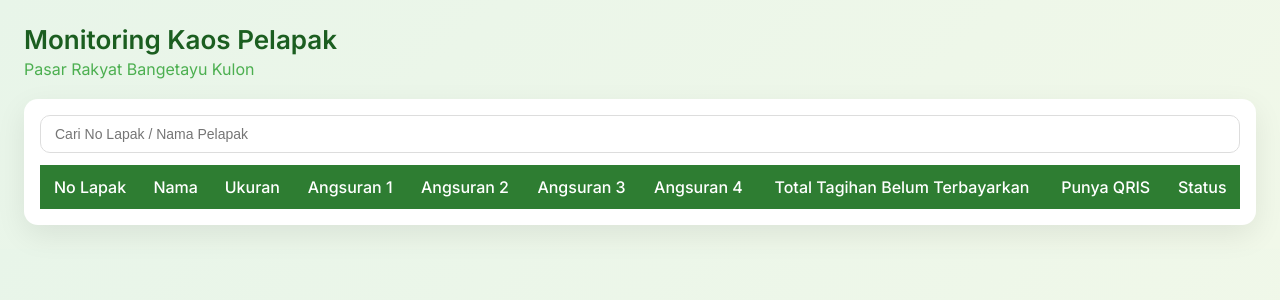
Repository: pasarrakyatbak/monitoringpembayarankaos
Page: index.html
The author's editor kept a copy of each file at every save. The page is drawn from the files as they stood at one save, then again after the next save.
The browser window is 1280 px wide. The pictures show the whole page.
The page's requests for data from a server got no answer.

Above is the page before, as saved 2026-01-04 13:40:05.

After the next save:
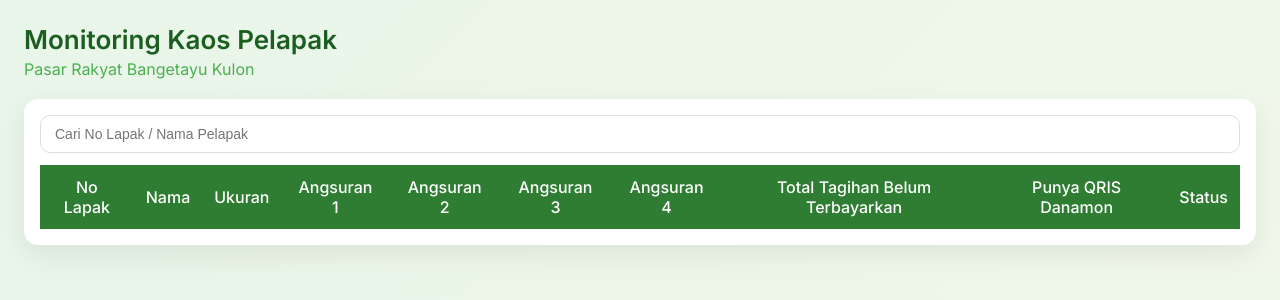
Saved 5 s later.
--- a/index.html
+++ b/index.html
@@ -38,7 +38,7 @@
                         <th>Angsuran 3</th>
                         <th>Angsuran 4</th>
                         <th>Total Tagihan Belum Terbayarkan</th>
-                        <th>Punya QRIS</th>
+                        <th>Punya QRIS Danamon</th>
                         <th>Status</th>
                     </tr>
                 </thead>
